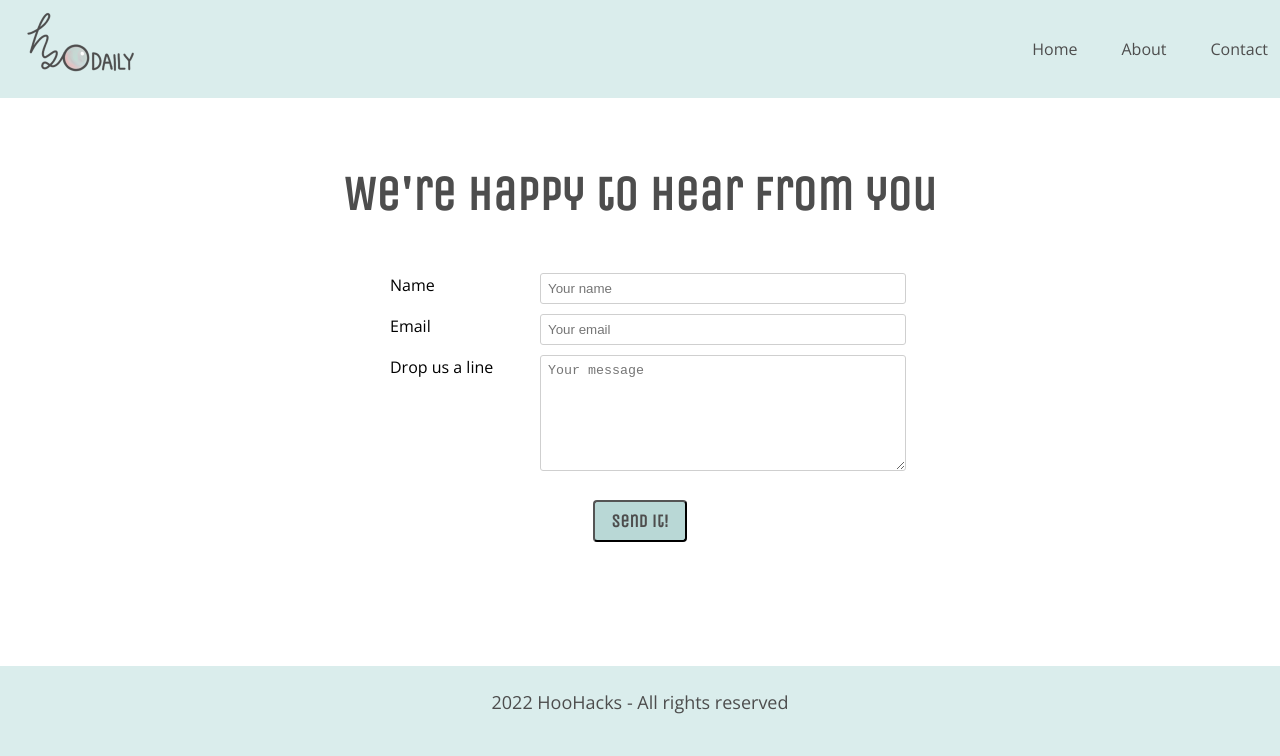
Repository: jennyjjung/H2ODaily
Page: contact.html
The author's editor kept a copy of each file at every save. The page is drawn from the files as they stood at one save, then again after the next save.
The browser window is 1280 px wide. The pictures show the whole page.

Above is the page before, as saved 2022-03-26 21:10:02.

### contact.html
<!DOCTYPE html>
<html lang="en">
<head>
  <meta charset="UTF-8">
  <meta http-equiv="X-UA-Compatible" content="IE=edge">
  <meta name="viewport" content="width=device-width, initial-scale=1.0">
  <title>H2O Daily</title>
  <link href='https://fonts.googleapis.com/css?family=Unica One' rel='stylesheet'>
  <link href="https://fonts.googleapis.com/css2?family=Open+Sans:wght@400;600;700&display=swap" rel="stylesheet">
  <link rel="stylesheet" href="style.css" />
  <script src="main.js" defer></script>
</head>
<body>

  <nav id="navbar">
    <div class="navbar__logo">
      <a href="index.html"><img src="images/logo.png" id="navbar__logo"></a>
    </div>
    <div class="navbar__menu">
      <li class="navbar__menu__item"><a href="index.html">Home</a></li>
      <li class="navbar__menu__item"><a href="about.html">About</a></li>
      <li class="navbar__menu__item"><a href="contact.html">Contact</a></li>
    </div>
  </nav>

  <section id="contact">
    <h1>We're happy to hear from you</h1>
    <div class="contact__content">
      <form method="post" action="#" class="contact-form">
        <div class="row">
          <div class="table__label">
            <label for="name">Name</label>
          </div>
          <div class="table__input">
            <input type="text" name="name" id="name" placeholder="Your name" required>
          </div>
        </div>

        <div class="row">
          <div class="table__label">
            <label for="email">Email</label>
          </div>
          <div class="table__input">
            <input type="email" name="email" id="email" placeholder="Your email" required>
          </div>
        </div>

        <div class="row">
          <div class="table__label">
            <label>Drop us a line</label>
          </div>
          <div class="table__input">
            <textarea name="message" placeholder="Your message"></textarea>
          </div>
        </div>
        <input type="submit" value="Send it!">
      </form>
    </div>
  </section>

  <section id="bottom">
    <div class= "bottom__container">
      <p class="bottom__rights">2022 HooHacks - All rights reserved</p>
    </div>
  </section>

</body>
</html>

### style.css
/* Global */
:root {
  /* Color */
  --color-white: #ffffff;
  --color-dark-grey: #4d4d4d;
  --color-blue: #daedec;
  --color-dark-blue: #b9d8d6;
  --color-yellow: rgb(241, 247, 208);

  /* Font weight */
  --weight-bold: 700;
  --weight-semi-bold: 600;
  --weight-regular: 400;

  /* Font Size */
  --font-large: 48px;
  --font-medium: 28px;
  --font-regular: 18px;
  --font-small: 16px;
  --font-micro: 14px;

  /* Size */
  --size-border-radius: 4px;
}

body {
  margin: 0;
  font-family: "Open Sans";
  cursor: default;
  text-align: center;
}

h1 {
  font-size: var(--font-large);
  font-weight: var(--weight-bold);
  color: var(--color-dark-grey);
  font-family: "Unica One";
  margin: 16px 0px;
}

p {
  font-size: var(--font-regular);
  font-weight: var(--weight-regular);
  color: var(--color-dark-grey);
  margin: 4px 0;
}

li {
  list-style: none;
}

a {
  text-decoration: none;
  color: var(--color-dark-grey);
}

/* Navbar */
#navbar {
  position: fixed;
  display: flex;
  justify-content: space-between;
  width: 100%;
  background-color: var(--color-blue);
  padding: 10px;
  align-items: center;
}

.navbar__menu {
  display: flex;
  margin-left: 25px;
}

.navbar__logo {
  font-size: var(--font-medium);
  font-weight: var(--weight-semi-bold);
  justify-content: center;
}

#nevbar__logo {
  width: 80px;
  padding-left: 20px;
  padding-top: 10px;
}

.navbar__menu__item {
  padding: 8px 12px;
  margin: 0 10px;
  cursor: pointer;
  border-radius: var(--size-border-radius);
}

.navbar__menu__item:hover {
  background-color: var(--color-dark-blue);
}

/* Home */
#home,
#contact,
#about {
  padding: 150px 40px 100px 40px;
}

.home__title {
  color: var(--color-dark-grey);
}

.home__content {
  width: 80%;
}

.home__container {
  display: flex;
  flex-direction: column;
  align-items: center;
  justify-content: center;
}

.home__logo {
  width: 300px;
  height: 300px;
  margin: 20px;
  margin-bottom: 0;
}

.btn__home,
input[type="submit"] {
  color: var(--color-dark-grey);
  background-color: var(--color-blue);
  font-size: var(--font-regular);
  font-weight: var(--weight-bold);
  font-family: "Unica One";
  margin: 24px;
  padding: 8px 16px;
  border-radius: var(--size-border-radius);
}

.btn__home:hover,
input[type="submit"] {
  background-color: var(--color-dark-blue);
}

#bottom {
  background-color: var(--color-blue);
  padding: 20px;
  text-align: center;
  height: 50px;
}

.about__content,
.contact__content {
  width: 70%;
  text-align: center;
  margin: auto;
}

/* Contact */
form {
  width: 500px;
  margin: auto;
  margin-top: 50px;
}
.row {
  display: flex;
  justify-content: space-between;
  margin-top: 10px;
}

input[type="text"],
input[type="email"],
textarea {
  width: 100%;
  padding: 7px;
  border-radius: 3px;
  border: 1px solid rgb(207, 207, 207);
}

textarea {
  height: 100px;
}

.table__label {
  width: 30%;
  text-align: left;
  line-height: 150%;
}

.table__input {
  width: 70%;
}

Loaded but not shown: main.js (no copy from this time; the picture is the same without it)

After the next save:
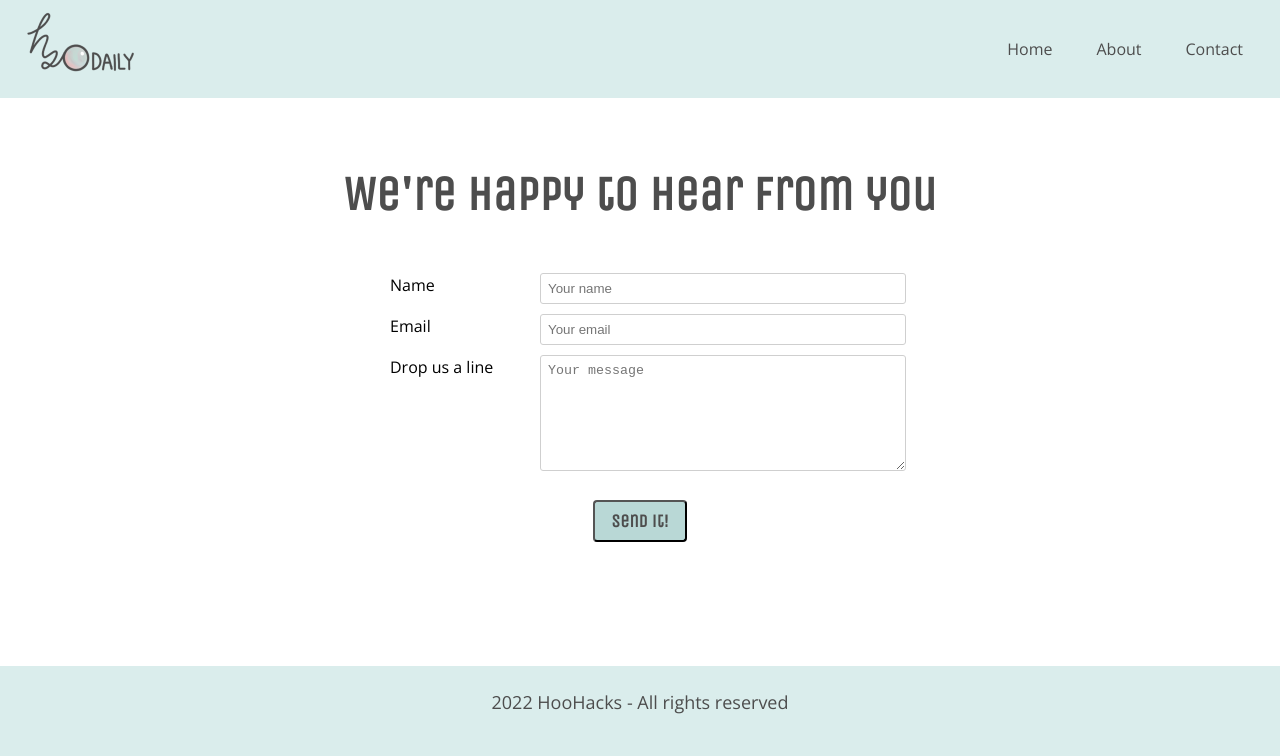
Saved 73 s later.
--- a/style.css
+++ b/style.css
@@ -67,7 +67,7 @@ a {
 
 .navbar__menu {
   display: flex;
-  margin-left: 25px;
+  margin-right: 25px;
 }
 
 .navbar__logo {
